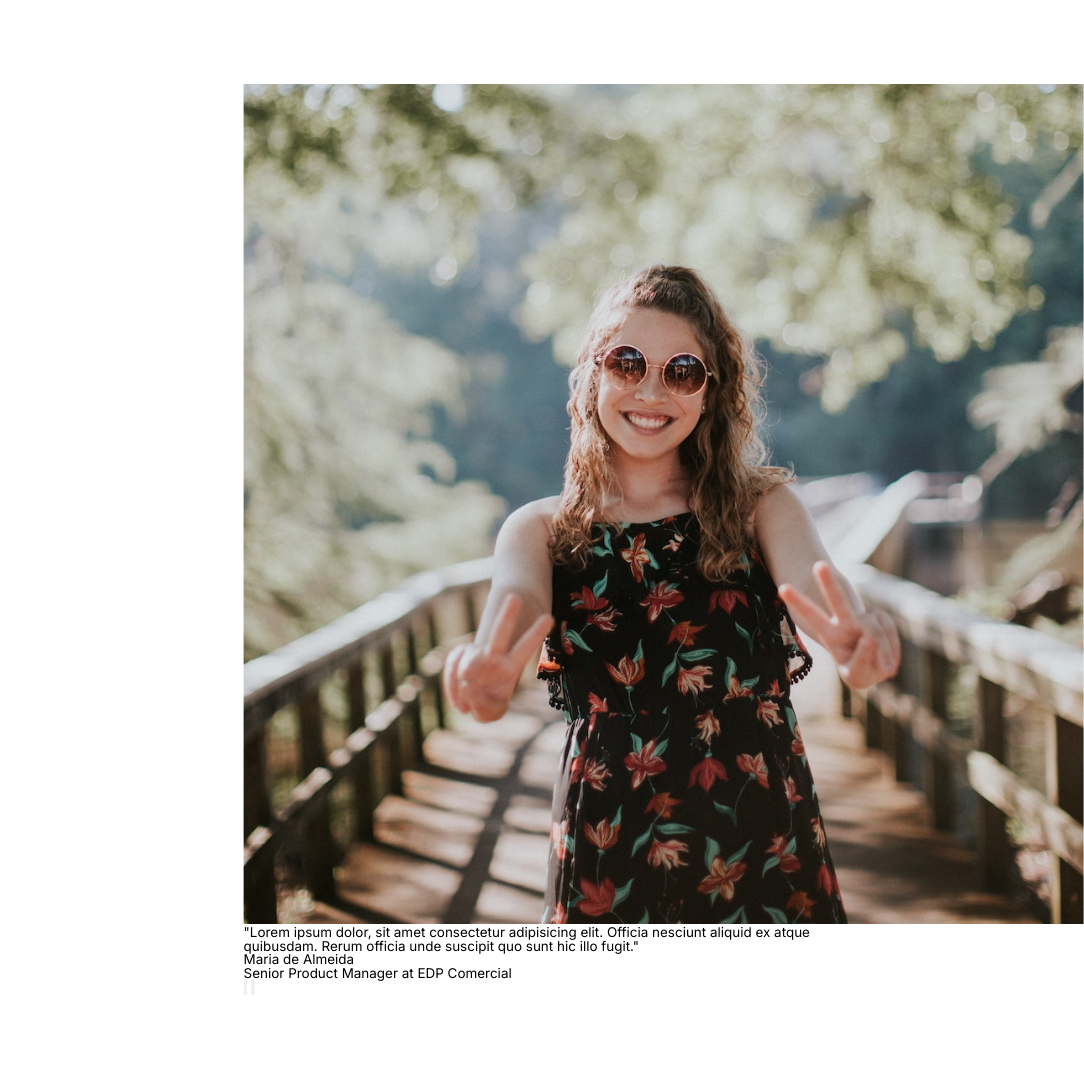
Repository: Ahmed123rezk123/06-Components
Page: carousel.html
These files come from the project's save history. The page is drawn as it stood at one moment and after the next save; the edit follows.
The browser window is 1280 px wide. The page is 1290 px wide, then 1280 px, so the pictures cover 1290 px, including what lies to the right of the window. The pictures show the whole page, at 84% of full size.

Above is the page before, as saved 2024-09-16 08:34:24.

After the next save:
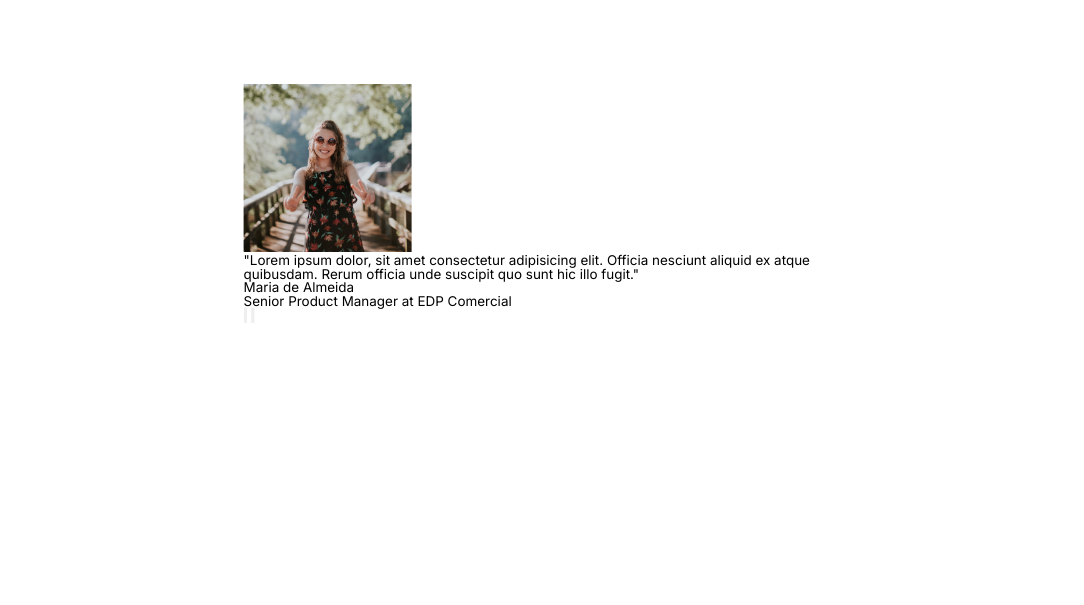
Saved 62 s later.
--- a/carousel.html
+++ b/carousel.html
@@ -25,16 +25,9 @@
         width: 700px;
         margin: 100px auto;
       }
-      .item {
-        background-color: #087f5b;
-        color: #fff;
-      }
-      .icon {
-        width: 24px;
-        height: 24px;
-        border-radius: 50%;
-        border: none;
-        color: #087f5b;
+
+      img {
+        height: 200px;
       }
     </style>
     <title>Carousel</title>
